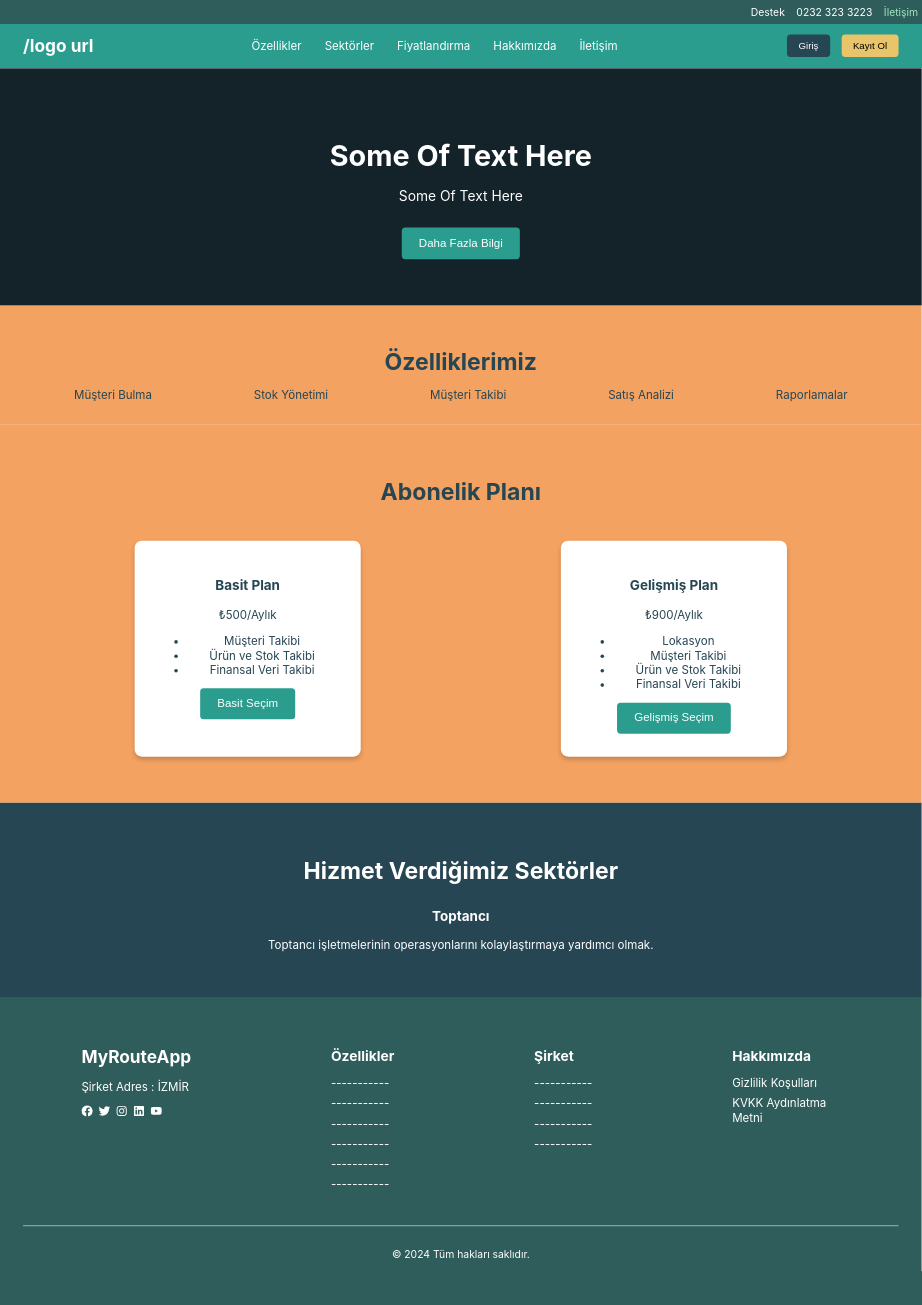
Repository: senolinanyasar/myrouteapplication
Page: /
An editor plug-in stored every save of this project. The page is shown before and after the next save, followed by the edit.
The browser window is 1280 px wide. The pictures show the whole page, at 72% of full size.
The project was rebuilt for these pictures with package versions that can differ from the ones it lists, and the page was loaded fresh each time. Also part of the build but not shown: vite.config.js.

Above is the page before, as saved 2024-11-13 22:45:27.

### src/App.js
import React from 'react';
import HomePage from './components/HomePage';

function App() {
  return (
    <div className="App">
      <HomePage/>
    </div>
  );
}

export default App;

### src/components/HomePage.js
// HomePage.js
import React from 'react';
import TopBar from './TopBar';
import Header from './Header';
import HeroSection from './HeroSection';
import FeaturesSection from './FeaturesSection';
import PricingSection from './PricingSection';
import IndustriesSection from './IndustriesSection';
import Footer from './Footer';

const HomePage = () => {
    return (
        <div>
            <TopBar />
            <Header />
            <HeroSection />
            <FeaturesSection />
            <PricingSection />
            <IndustriesSection />
            <Footer />
        </div>
    );
};

export default HomePage;

### src/components/TopBar.js
// TopBar.js
import React from 'react';
import './TopBar.css';

const TopBar = () => {
    return (
        <div className="top-bar">
            <div className="top-bar-content">
                <span>Destek</span>
                <span>0232 323 3223</span>
                <a href="#contact">İletişim</a>
            </div>
        </div>
    );
};

export default TopBar;

### src/components/Header.js
// Header.js
import React from 'react';
import './Header.css';

const Header = () => {
    return(
        <header className="header">
            <div className="header-logo">/logo url</div>
            <nav className="header-nav">
                <a href="#features">Özellikler</a>
                <a href="#industries">Sektörler</a>
                <a href="#pricing">Fiyatlandırma</a>
                <a href="#about">Hakkımızda</a>
                <a href='#contact'>İletişim</a>
            </nav>
            <div className="header-buttons">
                <button className="login-button">Giriş</button>
                <button className="register-button">Kayıt Ol</button>
            </div>
        </header>
    );
};


export default Header;

### src/components/HeroSection.js
// HeroSection.js
import React from 'react';
import './HeroSection.css';

const HeroSection = () =>{
    return(
        <section className="hero">
            <h1>Some Of Text Here</h1>
            <p>Some Of Text Here</p>
            <button className="cta-button">Daha Fazla Bilgi</button>
        </section>
    );
};

export default HeroSection;

### src/components/FeaturesSection.js
// FeaturesSection.js
import React from 'react';
import './FeaturesSection.css';

const FeaturesSection = () => {
    return (
        <section className="features">
            <h2>Özelliklerimiz</h2>
            <div className="features-list">
            <div className="feature-item">Müşteri Bulma</div>
            <div className="feature-item">Stok Yönetimi</div>
            <div className="feature-item">Müşteri Takibi</div>
            <div className="feature-item">Satış Analizi</div>
            <div className="feature-item">Raporlamalar</div>
            </div>
        </section>
    );
};

export default FeaturesSection;

### src/components/PricingSection.js
// PricingSection.js
import React from "react";
import './PricingSection.css';

const PricingSection = () => {
    return (
        <section className="pricing">
        <h2>Abonelik Planı</h2>
        <div className="pricing-cards">
          <div className="pricing-card">
            <h3>Basit Plan</h3>
            <p>₺500/Aylık</p>
            <ul>
              <li>Müşteri Takibi</li>
              <li>Ürün ve Stok Takibi</li>
              <li>Finansal Veri Takibi</li>
            </ul>
            <button className="cta-button">Basit Seçim</button>
          </div>
          <div className="pricing-card">
            <h3>Gelişmiş Plan</h3>
            <p>₺900/Aylık</p>
            <ul>
              <li>Lokasyon</li>
              <li>Müşteri Takibi</li>
              <li>Ürün ve Stok Takibi</li>
              <li>Finansal Veri Takibi</li>
            </ul>
            <button className="cta-button">Gelişmiş Seçim</button>
          </div>
          </div>
      </section>
    );
};

export default PricingSection;

### src/components/IndustriesSection.js
// IndustriesSection.js
import React from "react";
import './IndustriesSection.css';

const IndustriesSection = () => {
    return (
        <section className="industries">
            <h2>Hizmet Verdiğimiz Sektörler</h2>
            <div className="industry-cards">
                <div className="industry-card">
                    <h3>Toptancı</h3>
                    <p>Toptancı işletmelerinin operasyonlarını kolaylaştırmaya yardımcı olmak.</p>
                </div>
            </div>
        </section>
    );
};

export default IndustriesSection;

### src/components/Footer.js
// Footer.js

import React from 'react';
import './Footer.css';
import { FaFacebook, FaInstagram, FaLinkedin, FaTwitter, FaYoutube } from 'react-icons/fa';

const Footer = () => {
    return (
        <footer className="footer">
            <div className='footer-container'>
                {/* Logo ve Adres */}
                <div className='footer-logo-section'>
                    <h2 className='footer-logo'>MyRouteApp</h2>
                    <p>Şirket Adres : İZMİR</p>
                    <div className='social-icons'>
                        <FaFacebook />
                        <FaTwitter />
                        <FaInstagram />
                        <FaLinkedin />
                        <FaYoutube />
                    </div>
                </div>

                {/* Site Haritası */}
                <div className="footer-links">
                    <h3>Özellikler</h3>
                    <ul>
                        <li>-----------</li>
                        <li>-----------</li>
                        <li>-----------</li>
                        <li>-----------</li>
                        <li>-----------</li>
                        <li>-----------</li>
                    </ul>
                </div>

                <div className="footer-links">
                    <h3>Şirket</h3>
                    <ul>
                        <li>-----------</li>
                        <li>-----------</li>
                        <li>-----------</li>
                        <li>-----------</li>
                    </ul>
                </div>

                <div className="footer-links">
                    <h3>Hakkımızda</h3>
                    <ul>
                        <li>Gizlilik Koşulları</li>
                        <li>KVKK Aydınlatma Metni</li>
                    </ul>
                </div>
            </div>

            <div className="footer-bottom">
                <p>&copy; 2024 Tüm hakları saklıdır.</p>
            </div>
        </footer>
    );
};

export default Footer;

### src/components/TopBar.css
/* TopBar.css */

.top-bar {
    background-color: #2f5d5b;
    color: white;
    padding: 0.5rem;
    font-size: 0.9rem;
    display: flex;
    justify-content: center;
    position: fixed;
    top: 0;
    width: 99%;
    z-index: 1000;
}
.top-bar-content {
    display: flex;
    gap: 1rem;
    align-items: center;
    justify-content: flex-end;
    width: 100%;
}

.top-bar-content span{
    color: #ffffff;
}
.top-bar-content a{
    color: #9fe7c0;
    text-decoration: none;
    transition: color 0.3s;
}

.top-bar-content a:hover{
    color: #c3f2d0;
}

### src/components/Header.css
/* Header.css */
.header{
    display: flex;
    justify-content: space-between;
    align-items: center;
    padding: 1rem 2rem;
    background-color: #2a9d8f;
    color: white;
    margin-top: 2rem;
    position: sticky;
    top: 2rem;
    z-index: 999;
}


.header-logo {
    font-size: 1.5rem;
    font-weight: bold;
}
.header-nav a{
    margin: 0 1rem;
    color: white;
    text-decoration: none;
}
.header-nav a:hover {
    color: #e9c46a;
  }

.header-buttons button{
    margin-left: 1rem;
    padding: 0.5rem 1rem;
    border: none;
    border-radius: 5px;
}

.login-button{
    background-color: #264653;
    color: white;
}

.register-button{
    background-color: #e9c46a;
    color: black;
}

### src/components/HeroSection.css
.hero{
    text-align: center;
    padding: 4rem 2rem;
    background-image: linear-gradient(); /* image */
    background-size: cover;
    background-position: center;
    background-color: #264653;
    color: white;
    position: relative;
}

.hero::before{
    content: '';
    position: absolute;
    top: 0;
    left: 0;
    right: 0;
    bottom: 0;
    background: rgba(0, 0, 0, 0.5);
}
.hero h1{
    font-size: 2.5rem;
    margin-bottom: 1rem;
    position: relative;
    z-index: 1;
}

.hero p{
    font-size: 1.2rem;
    margin-bottom: 2rem;
    position: relative;
    z-index: 1;
}

.cta-button {
    padding: 0.8rem 1.5rem;
    font-size: 1rem;
    color: #264653;
    background-color: #e9c46a;
    border: none;
    border-radius: 5px;
    cursor: pointer;
    position: relative;
    z-index: 1;
}
.cta-button:hover {
    background-color: #f4a261;
  }

### src/components/FeaturesSection.css
/* FeaturesSection.css */
.features {
    padding: 2rem;
    background-color: #f4a261;
    color: #264653;
    text-align: center;
}

.features h2 {
    font-size: 2rem;
    margin-bottom: 1rem;
}

.features-list {
    display: flex;
    justify-content: space-around;
    flex-wrap: wrap;
}

.features-item{
    background-color: white;
    padding: 1.5rem;
    margin: 1rem;
    border-radius: 10px;
    width: 200px;
    box-shadow: 0px 4px 8px rgba(0, 0, 0, 0.2);
    transition: transform 0.2s ease-in-out;
}

.features-item:hover{
    transform: translateY(-5px);
}

### src/components/PricingSection.css
/* PricingSection.css */

.pricing{
    padding: 3rem;
    background-color: #f4a261;
    color: #264653;
    text-align: center;
}

.pricing h2{
    font-size: 2rem;
    margin-bottom: 2rem;
}

.pricing-cards {
    display: flex;
    justify-content: space-around;
    flex-wrap: wrap;
}

.pricing-card {
    background-color: white;
    padding: 2rem;
    border-radius: 10px;
    width: 250px;
    margin: 1rem;
    box-shadow: 0px 4px 8px  rgba(0, 0, 0, 0.2);
    transition: transform 0.3s ease;
}

.pricing-card:hover{
    transform: scale(1.05);
}

.cta-button{
    padding: 0.8rem 1.5rem;
    font-size: 1rem;
    color: white;
    background-color: #2a9d8f;
    border: none;
    border-radius: 5px;
    cursor: pointer;
    transition: background-color 0.3s ease;
}

.cta-button:hover{
    background-color: #e76f51;
}

### src/components/IndustriesSection.css
/* IndustriesSection.css */

.industries {
    padding: 3rem;
    background-color: #264653;
    color: white;
    text-align: center;
}

.industries h2{
    font-size: 2rem;
    margin-bottom: 2rem;
}

.industries-cards{
    display: flex;
    justify-content: space-around;
    flex-wrap: wrap;
}

.industries-card{
    background-color: #2a9d8f;
    padding: 1.5rem;
    border-radius: 10px;
    width: 250px;
    margin: 1rem;
    box-shadow: 0px 4px 8px rgba(0, 0, 0, 0,2);
    transition: transform 0.3s ease;
}

.industries-card:hover{
    transform: translateY(-5px);
}

### src/components/Footer.css
/* Footer.css */

.footer {
    background-color: #2f5d5b;
    color: white;
    padding: 3rem 2rem;
}
.footer-container{
    display: flex;
    flex-wrap: wrap;
    justify-content: space-around;
    gap: 2rem;
}

.footer-logo-seciton{
    max-width: 200px;
}

.footer-logo{
    font-size: 1.5rem;
    margin-bottom: 1rem;
}
.footer-logo-seciton p{
    margin-bottom: 1rem;
}
.social-icons{
    display: flex;
    gap: 0.5rem;
}
.social-icons svg:hover{
    color: #9fe7c0;
}
.footer-links{
    max-width: 150px;
}
.footer-links h3{
    font-size: 1.2rem;
    margin-bottom: 1rem;
}
.footer-links ul{
    list-style: none;
    padding: 0;
}
.footer-links ul li {
    margin-bottom: 0.5rem;
    cursor: pointer;
    transition: color 0.3s;
}
.footer-links ul li:hover{
    color: #9fe7c0;
}

.footer-bottom {
    text-align: center;
    margin-top: 2rem;
    font-size: 0.9rem;
    border-top: 1px solid #9fe7c0;
    padding-top: 1rem;
}

Loaded but not shown: public/index.html (common file); src/index.js (common file); src/index.css (common file); src/reportWebVitals.js (common file)

After the next save:
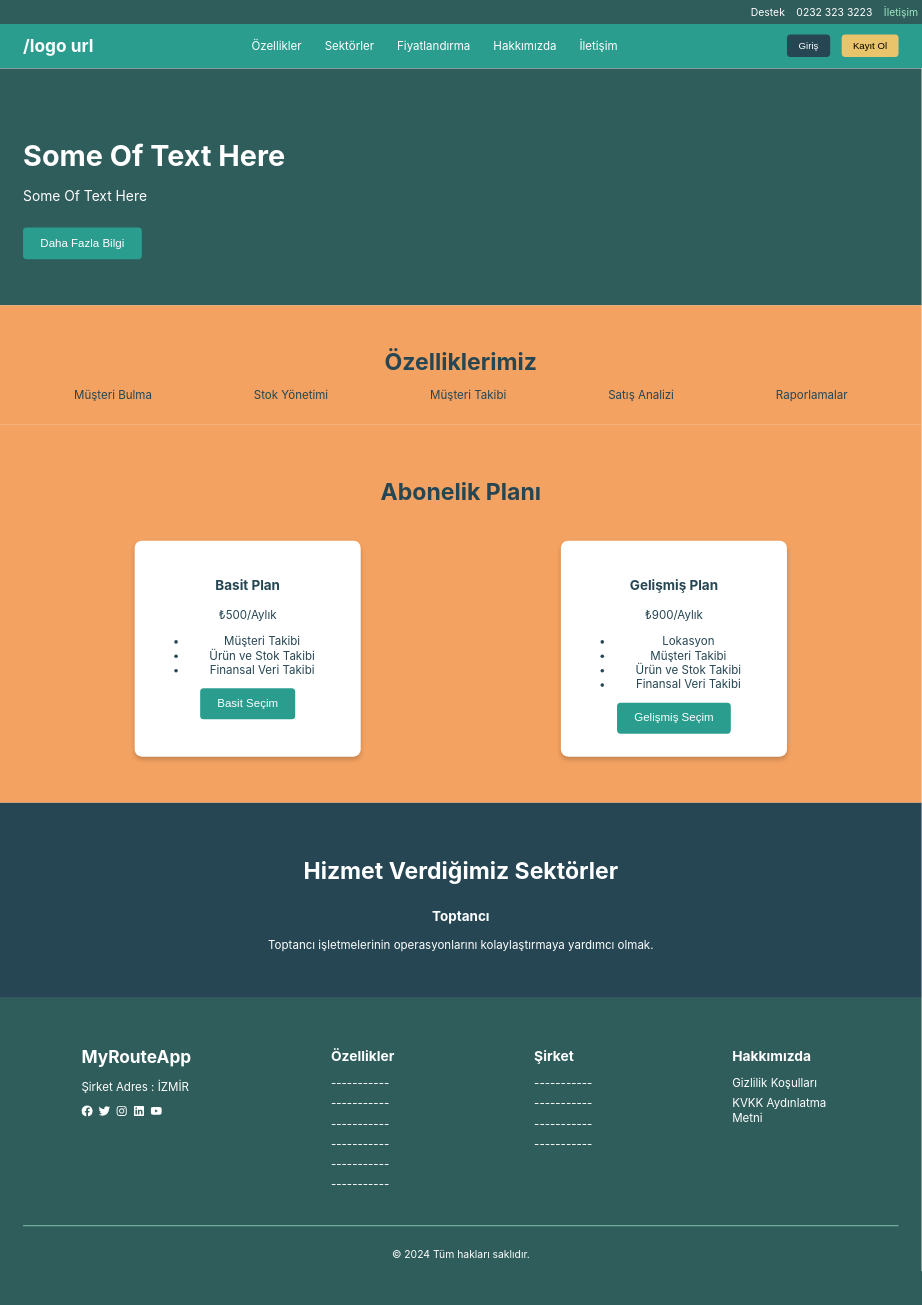
Saved 21 h 1 min later.
--- a/src/components/HeroSection.css
+++ b/src/components/HeroSection.css
@@ -1,48 +1,60 @@
-.hero{
-    text-align: center;
+.hero {
     padding: 4rem 2rem;
-    background-image: linear-gradient(); /* image */
-    background-size: cover;
-    background-position: center;
-    background-color: #264653;
+    background-color: #2f5d5b;
     color: white;
-    position: relative;
+
 }
 
-.hero::before{
-    content: '';
-    position: absolute;
-    top: 0;
-    left: 0;
-    right: 0;
-    bottom: 0;
-    background: rgba(0, 0, 0, 0.5);
+.hero-content {
+    display: flex;
+    align-items: center;
+    justify-content: space-between;
+    max-width: 1000px;
+    margin: 0 auto;
 }
-.hero h1{
+
+.hero-text {
+    flex: 1;
+    margin-right: 2rem;
+}
+
+.hero h1 {
     font-size: 2.5rem;
     margin-bottom: 1rem;
-    position: relative;
-    z-index: 1;
+
 }
 
-.hero p{
+.hero p {
     font-size: 1.2rem;
     margin-bottom: 2rem;
-    position: relative;
-    z-index: 1;
+
 }
 
 .cta-button {
     padding: 0.8rem 1.5rem;
     font-size: 1rem;
-    color: #264653;
-    background-color: #e9c46a;
+    color: #2f5d5b;
+    background-color: #9fe7c0;
     border: none;
     border-radius: 5px;
     cursor: pointer;
-    position: relative;
-    z-index: 1;
+    transition: background-color 0.3s ease;
 }
+
 .cta-button:hover {
-    background-color: #f4a261;
-  }
+    background-color: #c3f2d0;
+}
+
+.hero-image {
+    flex: 1;
+    max-width: 500px;
+    height: auto;
+
+}
+
+.hero-image img {
+    width: 100%;
+    height: auto;
+    object-fit: cover;
+    border-radius: 10px;
+}
